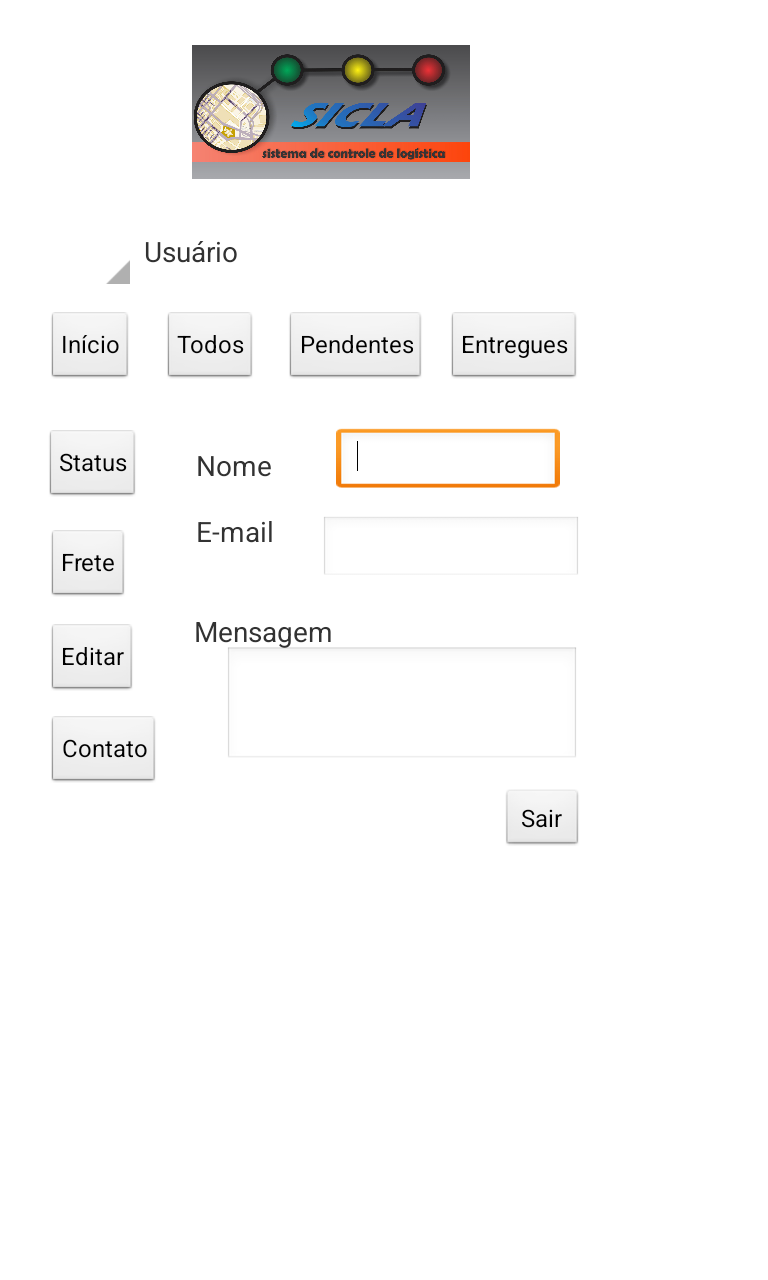
Repository: danielpedroza/SICLA
Layout: Sicla/res/layout/contatocliente.xml
The author's editor kept a copy of each file at every save. The layout is drawn from the files as they stood at one save, then again after the next save.
It is drawn on a 768 x 1280 px phone screen (xhdpi) without system bars, with theme AppTheme; the app's code is not run.

Above is the layout before, as saved 2013-07-06 07:15:26.

After the next save:
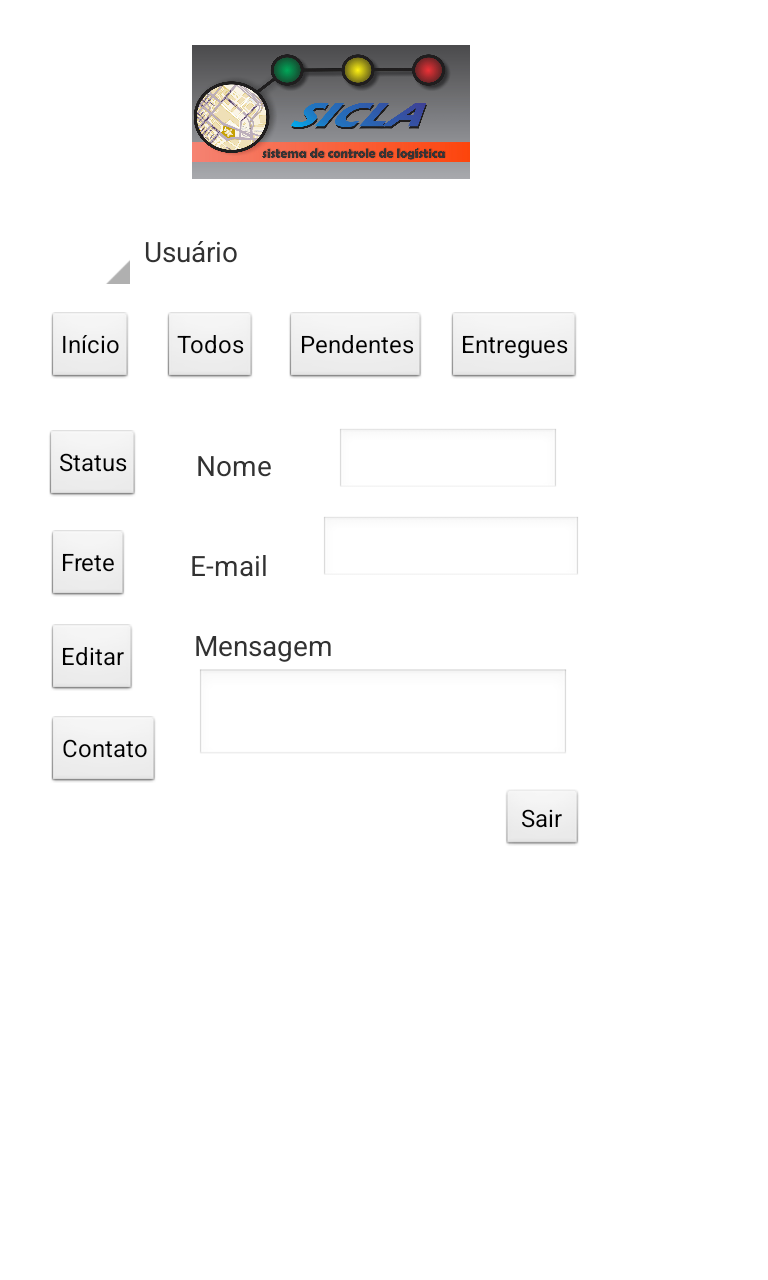
Saved 102 s later.
--- a/Sicla/res/layout/contatocliente.xml
+++ b/Sicla/res/layout/contatocliente.xml
@@ -10,7 +10,9 @@
 
     <AbsoluteLayout
         android:layout_width="match_parent"
-        android:layout_height="match_parent" >
+        android:layout_height="match_parent"
+        android:layout_alignParentBottom="true"
+        android:layout_centerHorizontal="true" >
 
         <ImageView
             android:id="@+id/imageView1"
@@ -93,9 +95,9 @@
             android:layout_height="wrap_content"
             android:layout_x="8dp"
             android:layout_y="249dp"
+            android:onClick="fretecliente"
             android:text="Frete"
-            android:textSize="12dp"
-            android:onClick="fretecliente" />
+            android:textSize="12dp" />
 
         <Button
             android:id="@+id/Button06"
@@ -134,22 +136,6 @@
             android:layout_y="207dp"
             android:text="Nome" />
 
-        <TextView
-            android:id="@+id/TextView01"
-            android:layout_width="wrap_content"
-            android:layout_height="wrap_content"
-            android:layout_x="82dp"
-            android:layout_y="240dp"
-            android:text="E-mail" />
-
-        <TextView
-            android:id="@+id/TextView02"
-            android:layout_width="wrap_content"
-            android:layout_height="wrap_content"
-            android:layout_x="81dp"
-            android:layout_y="290dp"
-            android:text="Mensagem" />
-
         <EditText
             android:id="@+id/editText1"
             android:layout_width="131dp"
@@ -165,19 +151,32 @@
             android:layout_height="33dp"
             android:layout_x="152dp"
             android:layout_y="198dp"
-            android:ems="10" >
-
-            <requestFocus />
-        </EditText>
+            android:ems="10" />
 
         <EditText
             android:id="@+id/editText3"
-            android:layout_width="178dp"
-            android:layout_height="61dp"
-            android:layout_x="96dp"
-            android:layout_y="307dp"
+            android:layout_width="187dp"
+            android:layout_height="wrap_content"
+            android:layout_x="82dp"
+            android:layout_y="318dp"
             android:ems="10"
             android:inputType="textMultiLine" />
+
+        <TextView
+            android:id="@+id/TextView01"
+            android:layout_width="wrap_content"
+            android:layout_height="wrap_content"
+            android:layout_x="79dp"
+            android:layout_y="257dp"
+            android:text="E-mail" />
+
+        <TextView
+            android:id="@+id/TextView02"
+            android:layout_width="wrap_content"
+            android:layout_height="wrap_content"
+            android:layout_x="81dp"
+            android:layout_y="297dp"
+            android:text="Mensagem" />
 
     </AbsoluteLayout>
 
